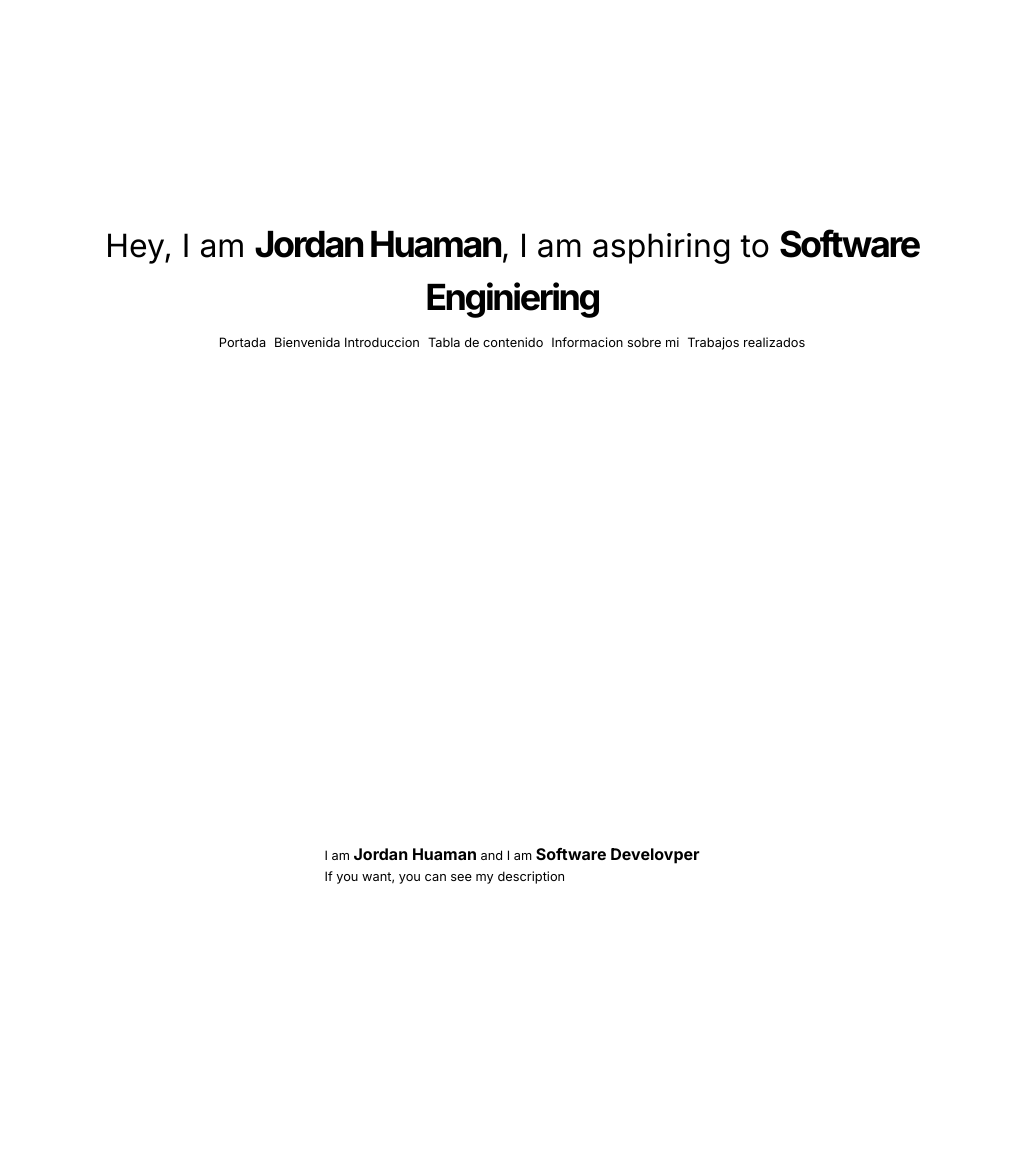
Repository: devsecops-node/portafolio-nextj-pages
Page: /
These files come from the project's save history. The page is drawn as it stood at one moment and after the next save; the edit follows.
The browser window is 1280 px wide. The pictures show the whole page, at 80% of full size.
The project was rebuilt for these pictures with package versions that can differ from the ones it lists, and the page was loaded fresh each time. The framework's server and built-in components were replaced by stand-ins that run in the browser. Also part of the build but not shown: next.config.js, src/styles/transitionPage.module.css.

Above is the page before, as saved 2024-01-15 04:00:14.

After the next save:
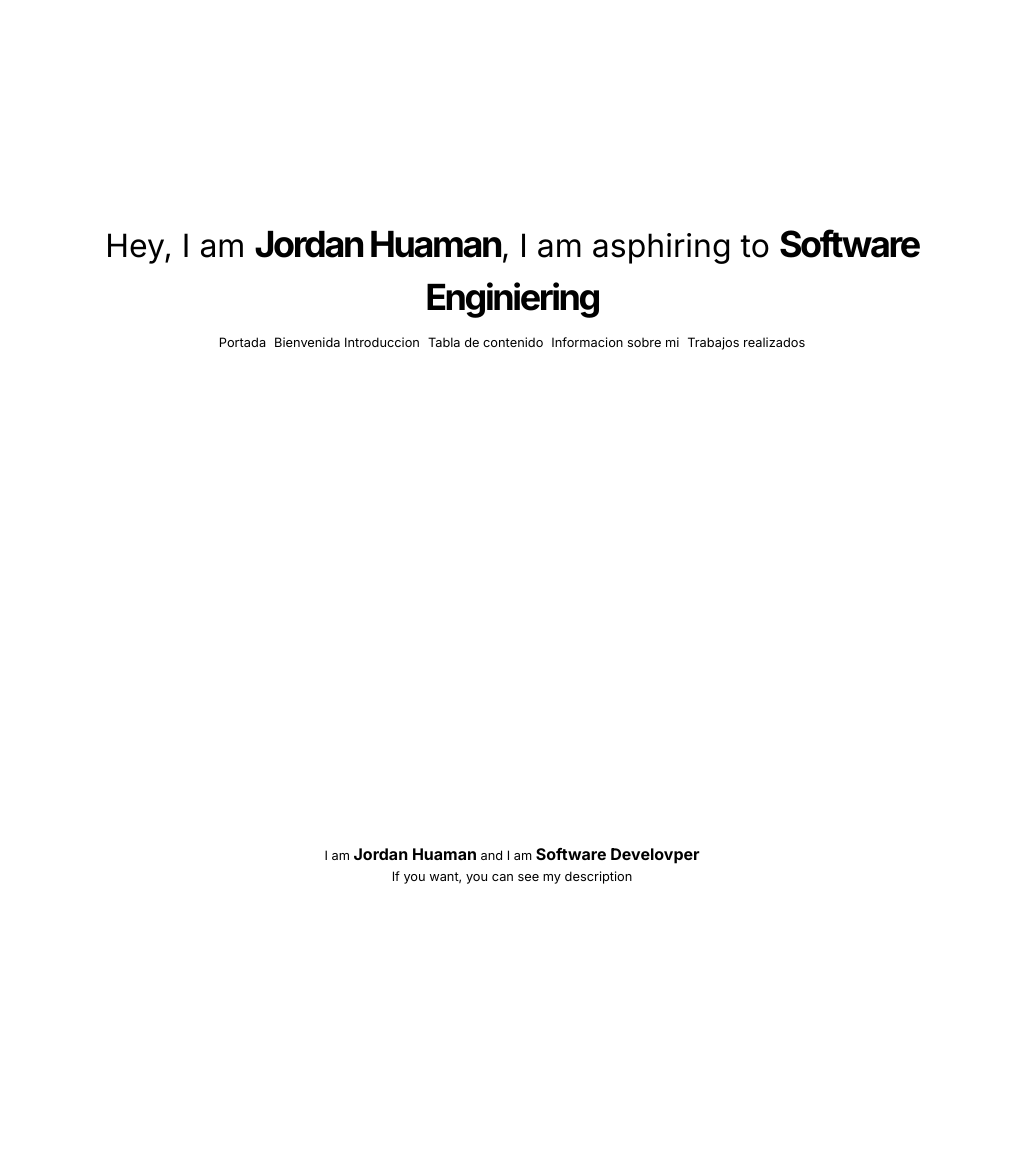
Saved 4 s later.
--- a/src/components/Portada.jsx
+++ b/src/components/Portada.jsx
@@ -3,7 +3,7 @@ import React from 'react'
 const Portada = () => {
   return (
     <div className='h-screen flex justify-center items-center'>
-      <section className='flex justify-center flex-col'>
+      <section className='flex justify-center flex-col items-center'>
         <p>I am <span className='text-[20px] font-bold'>Jordan Huaman</span> and I am <span className='text-[20px] font-bold'>Software Develovper</span></p>
         <p>If you want, you can see my description</p>
       </section>
